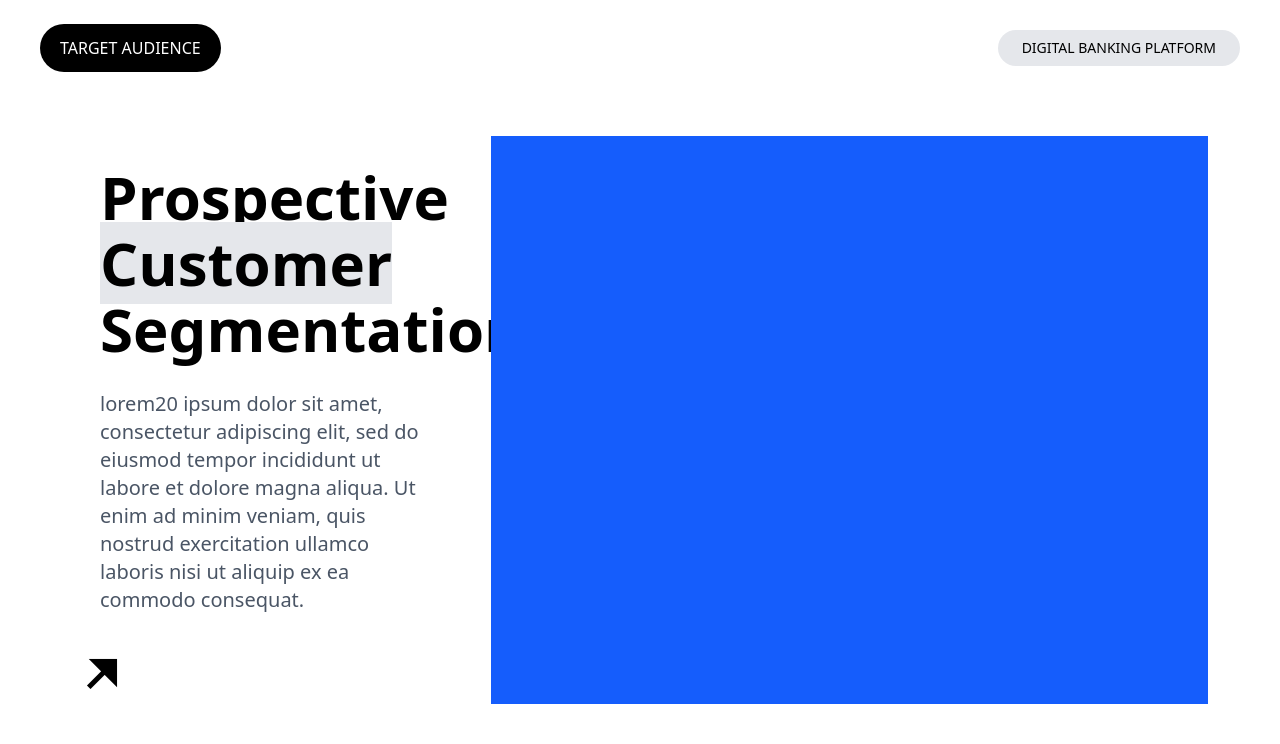
Repository: Mohitkumar1322/ReactTut
Page: / (app in projectSher1/)
These files come from the project's save history. The page is drawn as it stood at one moment and after a run of saves; the edit follows.
The browser window is 1280 px wide. The pictures show the whole page.
The project was rebuilt for these pictures with package versions that can differ from the ones it lists, and the page was loaded fresh each time. Also part of the build but not shown: projectSher1/vite.config.js.

Above is the page before, as saved 2025-11-16 15:52:00.

### projectSher1/src/App.jsx
import React from 'react'
import Section1 from './components/Section1/Section1'
import Section2 from './components/Section2/Section2'

export default function App() {
  return (
    <div>
      <Section1 />
      <Section2 />
    </div>
  )
}

### projectSher1/src/components/Section1/Section1.jsx
import React from 'react'
import Navbar from './Navbar'
import Page1Content from './Page1Content'

const Section1 = () => {
  return (
    <div>
      <Navbar />
      <Page1Content />
    </div>
  )
}

export default Section1

### projectSher1/src/components/Section2/Section2.jsx
import React from 'react'

const Section2 = () => {
  return (
    <div >


    </div>
  )
}

export default Section2

### projectSher1/src/components/Section1/Navbar.jsx
import React from 'react'

const Navbar = () => {
  return (
    <div className='flex justify-between items-center py-6 px-10 '>
        <h4 className='bg-black text-white px-5 py-3 uppercase rounded-full '>Target Audience</h4>
        <button className='bg-gray-200 px-6 py-2 uppercase rounded-full text-sm'> Digital Banking Platform</button>

    </div>
  )
}

export default Navbar

### projectSher1/src/components/Section1/Page1Content.jsx
import React from 'react'
import LeftContent from './LeftContent'
import RightContent from './RightContent'

const Page1Content = () => {
  return (
    <div className='py-10 flex items-center gap-10 justify-between px-18 h-[90vh] '>

      <LeftContent />
      <RightContent />

    </div>
  )
}

export default Page1Content

### projectSher1/src/components/Section1/LeftContent.jsx
import React from 'react'

const LeftContent = () => {
  return (
    <div className='h-full flex flex-col justify-between w-1/3  '>
      <div className='p-7 '>
        <h3 className='mb-7 leading-[1.1] text-6xl font-bold'>
            Prospective<br></br> <span className='bg-gray-200'>Customer</span> <br />Segmentation
        </h3>
        <p className='text-xl font-medium text-gray-600'>lorem20
            ipsum dolor sit amet, consectetur adipiscing elit, sed do eiusmod tempor incididunt ut labore et dolore magna aliqua. Ut enim ad minim veniam, quis nostrud exercitation ullamco laboris nisi ut aliquip ex ea commodo consequat.
        </p>
      </div>
      <div className='text-6xl'>
        <i className="ri-arrow-right-up-fill"></i>
      </div>
    </div>
  )
}

export default LeftContent

### projectSher1/src/components/Section1/RightContent.jsx
import React from 'react'
import 'remixicon/fonts/remixicon.css';

const RightContent = () => {
  return (
    <div className='h-full w-3/4 bg-blue-600'>

    </div>
  )
}

export default RightContent

Loaded but not shown: projectSher1/index.html (common file); projectSher1/src/main.jsx (common file); projectSher1/src/index.css (common file)

After the next 4 saves:
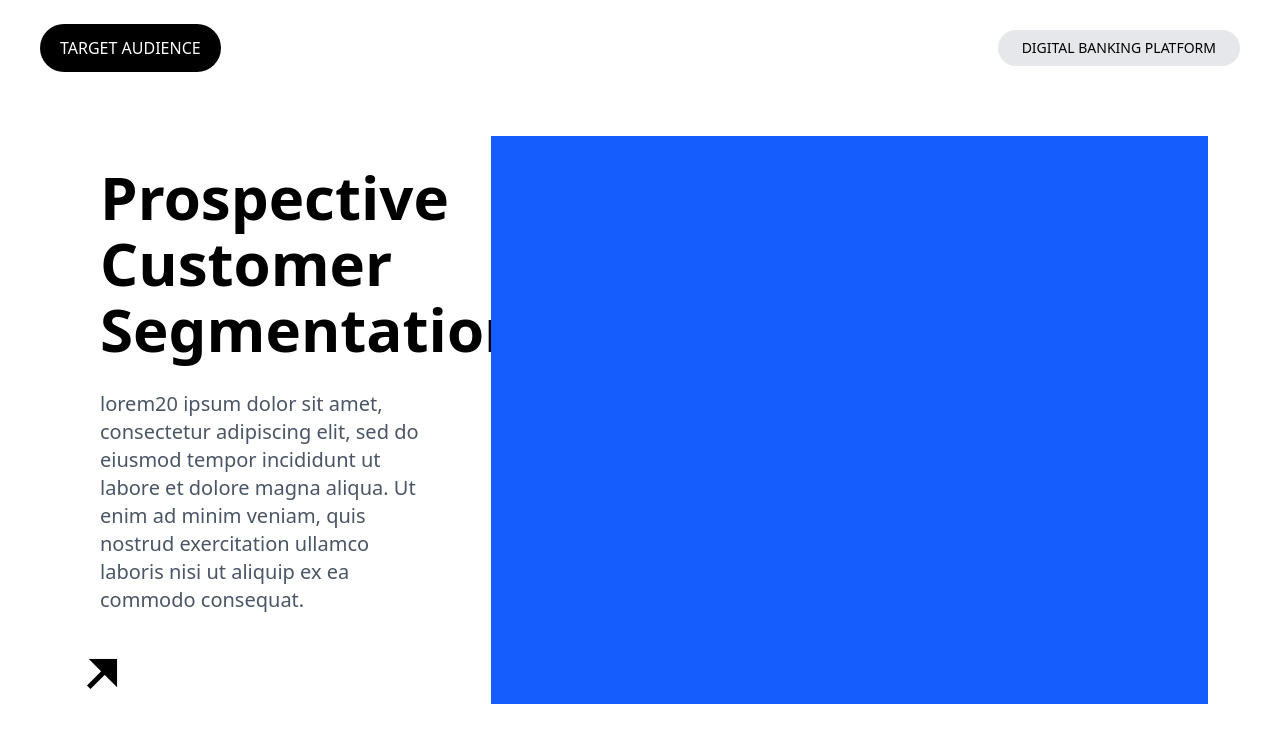
The 4 saves are shown as one change because they came seconds apart.
The last was saved 18 s later.
--- a/projectSher1/src/components/Section1/LeftContent.jsx
+++ b/projectSher1/src/components/Section1/LeftContent.jsx
@@ -5,7 +5,7 @@ const LeftContent = () => {
     <div className='h-full flex flex-col justify-between w-1/3  '>
       <div className='p-7 '>
         <h3 className='mb-7 leading-[1.1] text-6xl font-bold'>
-            Prospective<br></br> <span className='bg-gray-200'>Customer</span> <br />Segmentation
+            Prospective<br></br> <span className='text'>Customer</span> <br />Segmentation
         </h3>
         <p className='text-xl font-medium text-gray-600'>lorem20
             ipsum dolor sit amet, consectetur adipiscing elit, sed do eiusmod tempor incididunt ut labore et dolore magna aliqua. Ut enim ad minim veniam, quis nostrud exercitation ullamco laboris nisi ut aliquip ex ea commodo consequat.
